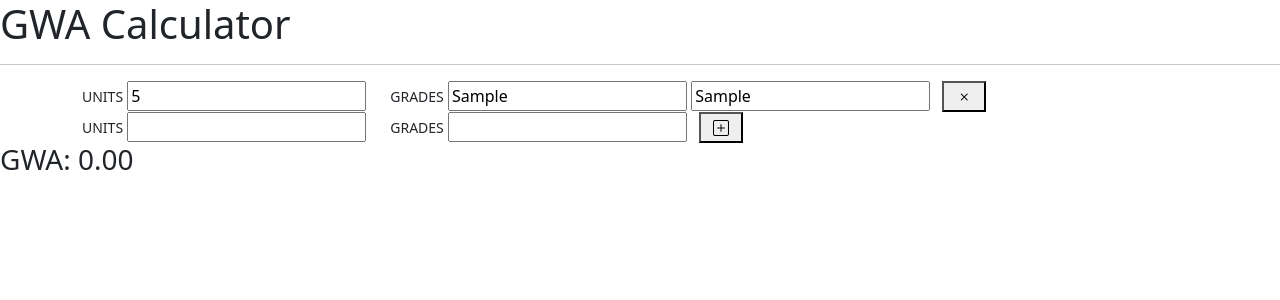
Repository: yonora/GWACalculator
Page: index.html
The author's editor kept a copy of each file at every save. The page is drawn from the files as they stood at one save, then again after the next save.
The browser window is 1280 px wide. The pictures show the whole page.
Empty fields were first filled with sample values (such as "Sample", 5 or name@example.com).
After loading, the first visible `button.col-auto` was clicked once.

Above is the page before, as saved 2025-01-07 23:16:46.

### index.html
<!DOCTYPE html>
<html lang="en">
<head>
    <meta charset="UTF-8">
    <meta name="viewport" content="width=device-width, initial-scale=1.0">
    <link rel="stylesheet" href="https://cdn.jsdelivr.net/npm/bootstrap@5.3.3/dist/css/bootstrap.min.css">
    <link rel="stylesheet" href="https://cdn.jsdelivr.net/npm/bootstrap-icons@1.11.3/font/bootstrap-icons.min.css">
    <script src="js.js"></script>
    <title>GWA Calculator</title>
</head>
<body>
    <h1>GWA Calculator</h1>
    <hr>
    <div class="container" id="container">
        <div class="row grade-container">
            <div class="col-auto">
                <label class="col-form-label-sm">UNITS</label>
                <input type="number" class="col-form-control units"  min="1" oninput="getGWA()">
            </div>
            <div class="col-auto">
                <label class="col-form-label-sm">GRADES</label>
                <input type="text" class="col-form-control grades" oninput="getGWA()">
                <input type="text" class="col-form-control index" value="">
            </div>
            <button class="col-auto add" onclick="add()"><i class="bi bi-plus-square"></i></button>
        </div>
    </div>
    <h3>GWA: <span id="gwa">0.00</span></h3>
</body>
</html>

### js.js
function add(){
    const container = document.getElementById('container');
    container.insertAdjacentHTML(
        'beforeend',
        `<div class=" row grade-container">
            <div class="col-auto">
                <label class="col-form-label-sm">UNITS</label>
                <input type="number" class="col-form-control units" min="1" oninput="getGWA()">
                <!--<input type="number" class="col-form-control units" min="1"> -->
            </div>
            <div class="col-auto">
                <label class="col-form-label-sm">GRADES</label>
                <input type="text" class="col-form-control grades" oninput="getGWA()">
                <!--<input type="text" class="col-form-control grades"> -->
            </div>
            <button class="col-auto add " onclick="add()"><i class="bi bi-plus-square"></i></button>
        </div>`
    );
    const rows = document.querySelectorAll('.grade-container');
    const lastrow = rows[rows.length - 2];
    const lastIndex = Array.from(rows).indexOf(lastrow);
    console.log(lastIndex);
    lastrow.insertAdjacentHTML(
        'beforeend',
        `<button class="col-auto remove" onclick="remove(${lastIndex})"><i class="bi bi-x"></i></button>`
    );
    var add = document.querySelectorAll('.add');
    add = add[add.length - 2];
    add.remove();
}

function remove(id){
    var row = document.querySelectorAll('.grade-container');
    row[id].remove();
    getGWA();
}

function getUnits(units, grades){
    var totalUnits = 0;

    for(let i=0; i<units.length; i++){
        const unit = parseFloat(units[i].value);
        const grade = parseFloat(grades[i].value);
        if (grade > 0){
            totalUnits += unit;
        }
    }
    return totalUnits;
}


function getGWA(){
    const grades = document.querySelectorAll('.grades');
    const units = document.querySelectorAll('.units');
    const totalUnits = getUnits(units, grades);
    var gwa = 0.00;

    for(let i=0; i<grades.length; i++){
        let unit = parseFloat(units[i].value) || 0;
        let grade = parseFloat(grades[i].value) || 0;
        if(grade > 0) {
            gwa += (grade * unit) / totalUnits;
            document.getElementById('gwa').innerHTML = gwa.toFixed(2);
        }

    }
}

After the next save:
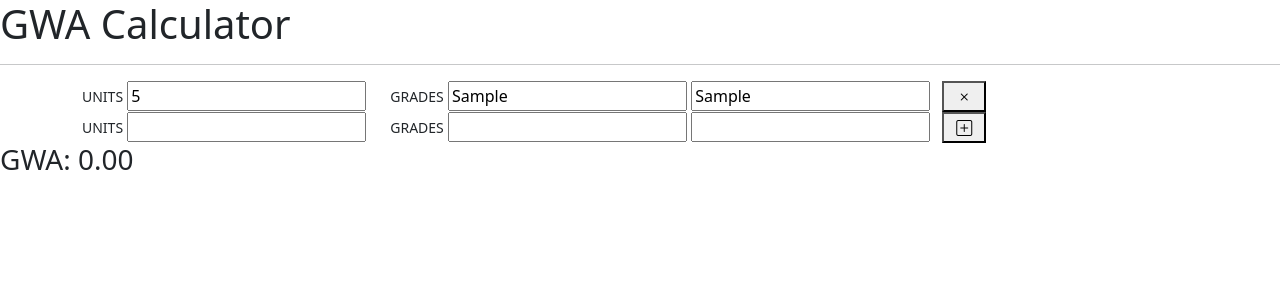
Saved 32 s later.
--- a/js.js
+++ b/js.js
@@ -11,6 +11,7 @@
             <div class="col-auto">
                 <label class="col-form-label-sm">GRADES</label>
                 <input type="text" class="col-form-control grades" oninput="getGWA()">
+                <input type="text" class="col-form-control index" value="">
                 <!--<input type="text" class="col-form-control grades"> -->
             </div>
             <button class="col-auto add " onclick="add()"><i class="bi bi-plus-square"></i></button>

After the save that followed:
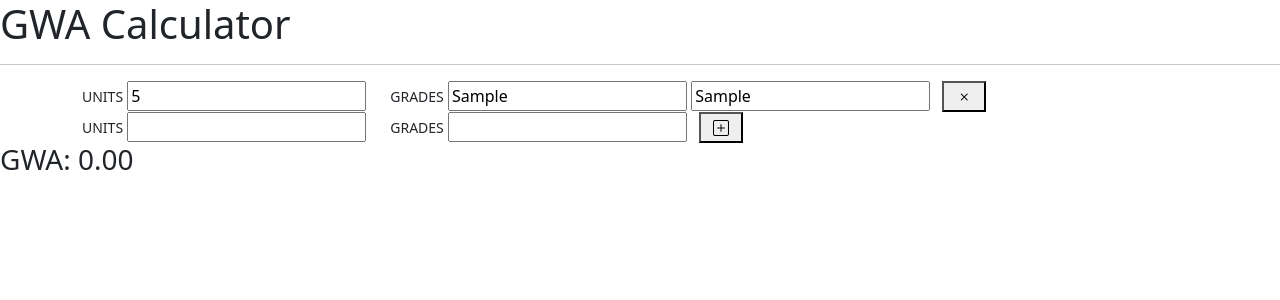
Saved 100 s later.
--- a/js.js
+++ b/js.js
@@ -11,7 +11,6 @@
             <div class="col-auto">
                 <label class="col-form-label-sm">GRADES</label>
                 <input type="text" class="col-form-control grades" oninput="getGWA()">
-                <input type="text" class="col-form-control index" value="">
                 <!--<input type="text" class="col-form-control grades"> -->
             </div>
             <button class="col-auto add " onclick="add()"><i class="bi bi-plus-square"></i></button>
